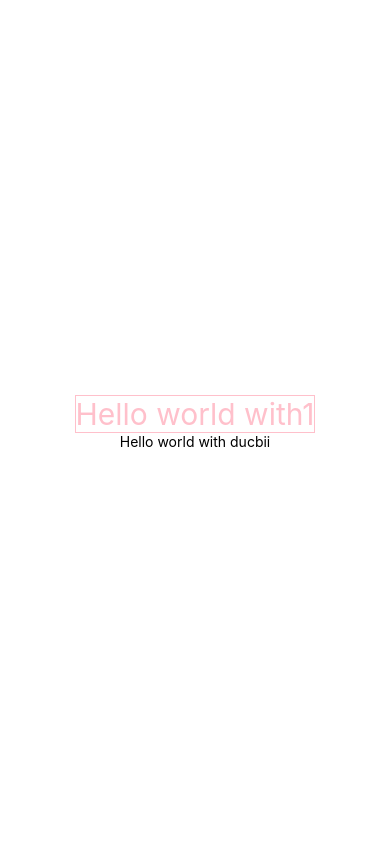
Repository: Ducbii4202/React-Native
Screen: /review-detail
These files come from the project's save history. The screen is drawn as it stood at one moment and after the next save; the edit follows.
The app was drawn by React Native's web renderer in a window 390 px wide. The project was rebuilt for these pictures with package versions that can differ from the ones it lists, and the page was loaded fresh each time.

Above is the screen before, as saved 2024-09-12 16:24:08.

After the next save:
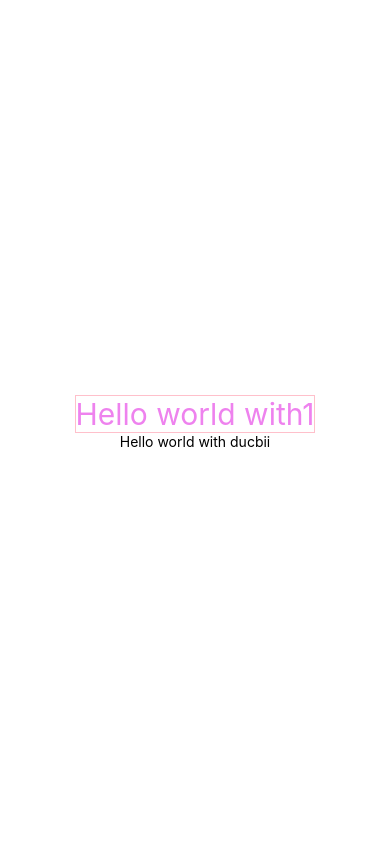
Saved 9 s later.
--- a/App.tsx
+++ b/App.tsx
@@ -18,9 +18,9 @@ const styles = StyleSheet.create({
     justifyContent: 'center',
   },
   hello1: {
-    color: "pink",
+    color: "violet",
     borderColor: "pink",
     borderWidth: 1,
-    fontSize: 30
+    fontSize: 30,
   }
 });
